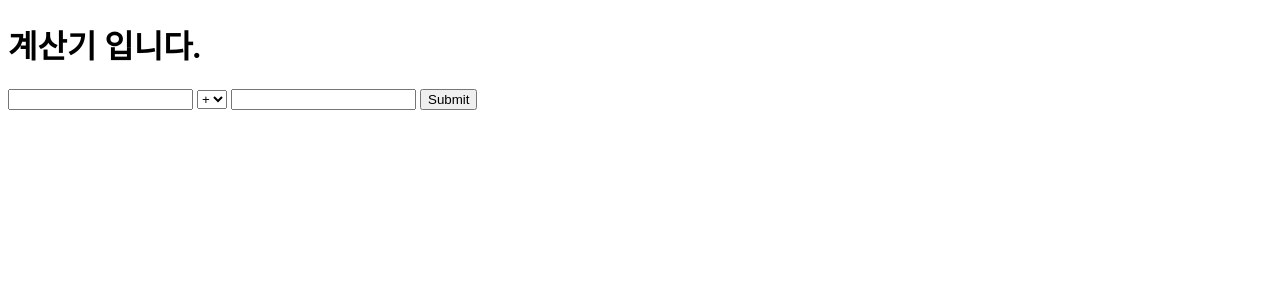
Repository: minimelody/servlet
Page: webworkspace2/web1/WebContent/views/ex1/cal.html
An editor plug-in stored every save of this project. The page is shown before and after the next save, followed by the edit.
The browser window is 1280 px wide. The pictures show the whole page.

Above is the page before, as saved 2018-05-17 07:33:30.

### webworkspace2/web1/WebContent/views/ex1/cal.html
<!DOCTYPE html>
<html>
<head>
<meta charset="UTF-8">
<title>Insert title here</title>
</head>
<body>
	<h1>계산기 입니다.</h1>
	<form action="/web1/cal" method="get">
	<input type="text" name="firstValue">
	<select name="cal">
		<option>+</option>
		<option>-</option>
		<option>*</option>
		<option>/</option>
	</select>
	<input type="text" name="secondValue">
	<input type="submit"
</body>
</html>

After the next save:
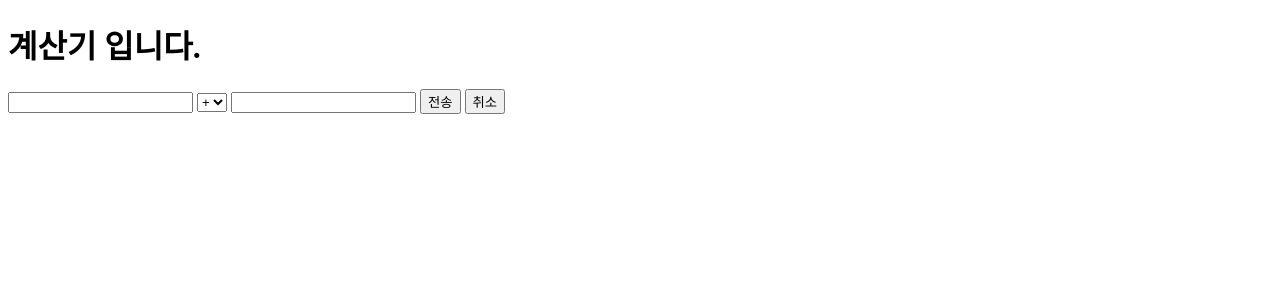
Saved 28 s later.
--- a/webworkspace2/web1/WebContent/views/ex1/cal.html
+++ b/webworkspace2/web1/WebContent/views/ex1/cal.html
@@ -7,14 +7,16 @@
 <body>
 	<h1>계산기 입니다.</h1>
 	<form action="/web1/cal" method="get">
-	<input type="text" name="firstValue">
-	<select name="cal">
-		<option>+</option>
-		<option>-</option>
-		<option>*</option>
-		<option>/</option>
-	</select>
-	<input type="text" name="secondValue">
-	<input type="submit"
+		<input type="text" name="firstValue">
+		<select name="cal">
+			<option>+</option>
+			<option>-</option>
+			<option>*</option>
+			<option>/</option>
+		</select>
+		<input type="text" name="secondValue">
+		<input type="submit" value="전송">
+		<input type="reset" value="취소">
+	</form>
 </body>
 </html>
